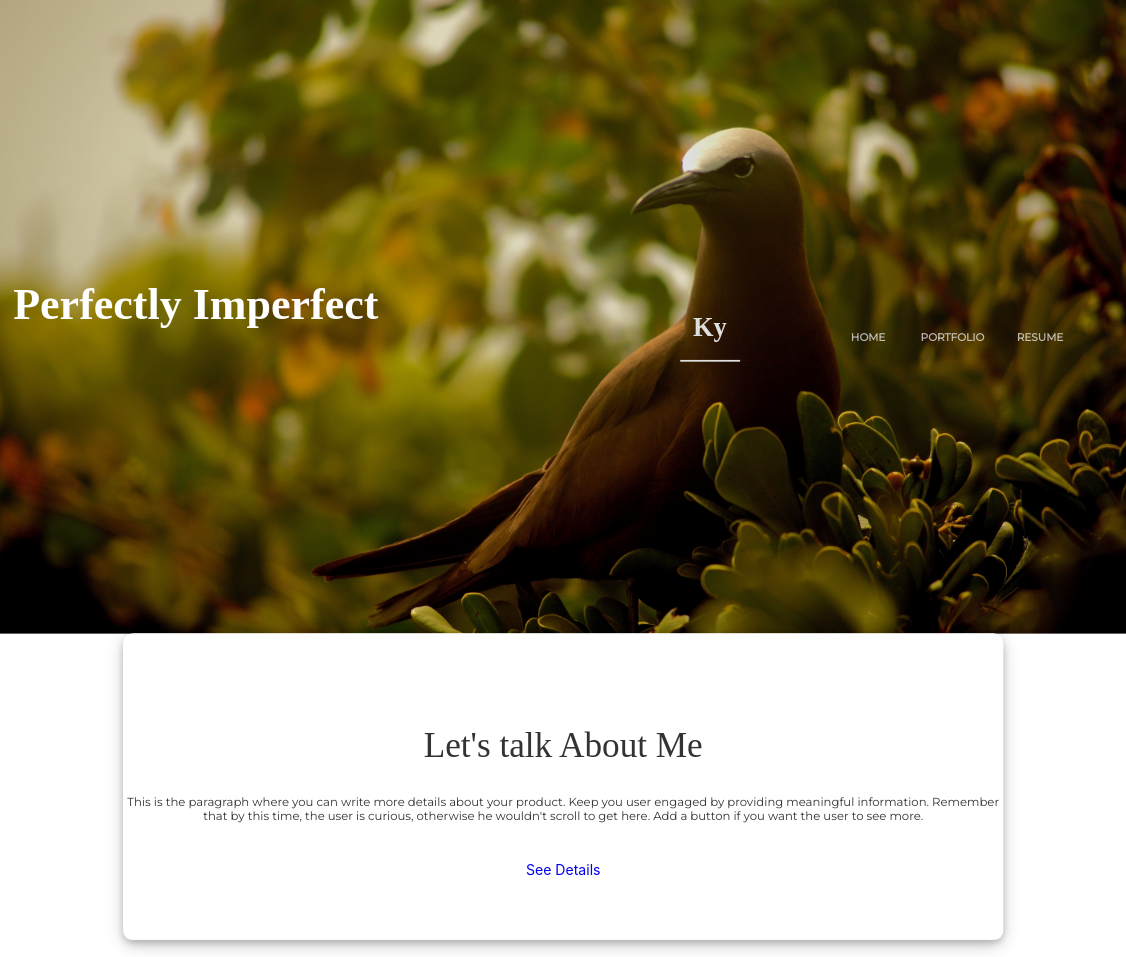
Repository: kkyler24/Perfectly-Imperfect
Page: / (app in imperfect/)
The author's editor kept a copy of each file at every save. The page is drawn from the files as they stood at one save, then again after the next save.
The browser window is 1280 px wide. The pictures show the whole page, at 88% of full size.
Backgrounds fixed to the window are drawn as part of the page. Some web fonts or font styles are not loaded; a fallback is used. The project was rebuilt for these pictures with package versions that can differ from the ones it lists, and the page was loaded fresh each time.

Above is the page before, as saved 2020-08-06 12:21:35.

### imperfect/public/index.html
<!DOCTYPE html>
<html lang="en">
  <head>
    <meta charset="utf-8" />
    <link rel="icon" href="%PUBLIC_URL%/favicon.ico" />
    <meta name="viewport" content="width=device-width, initial-scale=1" />
    <meta name="theme-color" content="#000000" />
    <meta
      name="description"
      content="Web site created using create-react-app"
    />
    <link rel="apple-touch-icon" href="%PUBLIC_URL%/logo192.png" />

    <link rel="manifest" href="%PUBLIC_URL%/manifest.json" />

    <link
      href="https://fonts.googleapis.com/css2?family=Montserrat&family=Petit+Formal+Script&display=swap"
      rel="stylesheet"
    />

    <title>React App</title>
  </head>
  <body>
    <noscript>You need to enable JavaScript to run this app.</noscript>
    <div id="root"></div>
  </body>
</html>

### imperfect/src/App.js
import React from "react";
import logo from "./logo.svg";
import "./App.css";
import Nav from "./Components/navbarComponent/navbar.js";
import PGHeader from "./Components/Headerindex/header.js";
import AboutMe from "./Components/aboutMeIndex/aboutme.js";

function App() {
  return (
    <div className="App">
      <PGHeader />
      {/* <Nav /> */}
      <AboutMe />
    </div>
  );
}

export default App;

### imperfect/src/App.css
body {
  color: #66615b;
  font-size: 16px;
  box-sizing: border-box;
  display: block;
}

### imperfect/src/Components/navbarComponent/navbar.js
import React from "react";
import "./navbar.css";

function NavBar() {
  return (
    <div>
      <nav
        color-on-scroll="300"
        class="fixed-bottom navbar-transparent navbar navbar-expand-lg"
      >
        <div class="container-fluid">
          <div class="navbar-translate">
            <a
              id="Kytitle"
              data-placement="bottom"
              target="_blank"
              title="Coded by Creative Tim"
              class="navbar-brand"
              href="#/index"
            >
              Ky
            </a>
            <button aria-expanded="false" class="navbar-toggler navbar-toggler">
              <span class="navbar-toggler-bar bar1"></span>
              <span class="navbar-toggler-bar bar2"></span>
              <span class="navbar-toggler-bar bar3"></span>
            </button>
          </div>
          <div class="justify-content-end collapse navbar-collapse">
            <ul class="navbar-nav">
              <li class="nav-item">
                <a
                  data-placement="bottom"
                  href="https://www.linkedIn"
                  target="_blank"
                  title="Let's connect on LinkedIn"
                  class="nav-link"
                >
                  {/* <i class="fa fa-linkedIn"></i> */}
                </a>
              </li>
              <li class="nav-item">
                <a
                  data-placement="bottom"
                  href="https://www.linkedIn"
                  target="_blank"
                  title="Let's connect on LinkedIn"
                  class="nav-link"
                >
                  {/* <i class="fa fa-linkedIn"></i> */}
                </a>
              </li>
              <li class="nav-item">
                <a
                  data-placement="bottom"
                  href="https://twitter.com/CreativeTim?ref=creativetim"
                  target="_blank"
                  title="Follow us on Twitter"
                  class="nav-link"
                >
                  {/* <i class="fa fa-twitter"></i> */}
                  <p class="d-lg-none"></p>
                </a>
                <li class="nav-item mr-2rem">
                  <a
                    data-placement="bottom"
                    href="https://www.github.com/CreativeTimOfficial?ref=creativetim"
                    target="_blank"
                    title="Star on GitHub"
                    class="nav-link"
                  >
                    {/* <i class="fa fa-github"></i> */}
                    <p class="d-lg-none"></p>
                  </a>
                </li>
              </li>
              <li class="nav-item">
                <a class="nav-link" href="#/index">
                  <i class="nc-icon nc-layout-11"></i> Home
                </a>
              </li>
              <li class="nav-item">
                <a class="nav-link" href="#/index">
                  <i class="nc-icon nc-layout-11"></i> Portfolio
                </a>
              </li>
              <li class="nav-item">
                <a target="_blank" class="nav-link" href="#/documentation">
                  <i class="nc-icon nc-book-bookmark"></i> Resume
                </a>
              </li>

              <li class="nav-item">
                <a
                  data-placement="bottom"
                  href="https://www.github.com/CreativeTimOfficial?ref=creativetim"
                  target="_blank"
                  title="Star on GitHub"
                  class="nav-link"
                >
                  {/* <i class="fa fa-github"></i> */}
                  <p class="d-lg-none"></p>
                </a>
              </li>
            </ul>
          </div>
        </div>
      </nav>
    </div>
  );
}
export default NavBar;

### imperfect/src/Components/Headerindex/header.js
import React from "react";
import "./Indexheader.css";
import Navbar from "../navbarComponent/navbar.js";

function PageHeader(props) {
  return (
    <div id="background" className="page-header" data-parallax="true">
      <div className="filter"></div>
      <div className="headerContainer">
        <div className="motto text-center">
          <h1 id="JumboHeaderTitle">Perfectly Imperfect</h1>
          <br />
        </div>
      </div>
      <Navbar />
    </div>
  );
}
export default PageHeader;

### imperfect/src/Components/aboutMeIndex/aboutme.js
import React from "react";
import "./aboutme.css";

function Aboutme() {
  return (
    <div className=" card aboutMain">
      <div className="sectionAB text-center">
        <div className="ABccontainer">
          <div class="row">
            <div class="ml-auto mr-auto col-md-8">
              <h2 class="titleAB">Let's talk About Me</h2>
              <h5 class="descriptionAB">
                This is the paragraph where you can write more details about
                your product. Keep you user engaged by providing meaningful
                information. Remember that by this time, the user is curious,
                otherwise he wouldn't scroll to get here. Add a button if you
                want the user to see more.
              </h5>
              <br />
              <a href="#pablo" class="btn-round btn btn-info">
                See Details
              </a>
            </div>
          </div>
        </div>
      </div>
    </div>
  );
}
export default Aboutme;

### imperfect/src/Components/navbarComponent/navbar.css
/* navbar */
#Kytitle {
  font-family: "Petit Formal Script", cursive;
  font-size: 30px;
  color: #fff;
  border-bottom: solid 2px rgb(255, 255, 255);
  text-transform: capitalize;
}

.navbar.navbar-transparent {
  background: transparent !important;
  padding-top: 25px;
  box-shadow: none;
}

.navbar.navbar-transparent .navbar-brand {
  color: rgb(20, 3, 3);
}

.navbar .navbar-brand {
  font-weight: 600;
  margin: 5px 0;
  padding: 20px 15px;
  font-size: 14px;
  text-transform: uppercase;
}

.navbar-nav {
  display: flex;
  flex-direction: column;
  padding-left: 0;
  margin-bottom: 0;
  list-style: none;
}
.navbar-brand {
  display: inline-block;
  padding-top: 0.3125rem;
  padding-bottom: 0.3125rem;
  margin-right: 1rem;
  font-size: 1.25rem;
  line-height: inherit;
  white-space: nowrap;
}

.navbar {
  border: 0;
  font-size: 14px;
  padding: 0;
  font-family: "Montserrat", "Helvetica", Arial, sans-serif;
  font-weight: 300;
  align-items: center;
  display: flex;
}
.navbar > .container-fluid {
  display: flex;
  flex-wrap: wrap;
  align-items: center;
  justify-content: space-between;
}

.nav-link {
  display: block;
}

.navbar-toggler {
  padding: 0.25rem 0.75rem;
  font-size: 1.25rem;
  line-height: 1;
  background-color: transparent;
  border: 1px solid transparent;
  border-radius: 0.25rem;
}
button {
  text-transform: none;
  overflow: visible;
  -webkit-font-smoothing: antialiased;
  font-family: "Montserrat", "Helvetica", Arial, sans-serif;
  font-weight: 300;
  margin: 0;
  text-rendering: auto;
  color: -internal-light-dark(buttontext, rgb(170, 170, 170));
  letter-spacing: normal;
  word-spacing: normal;
  text-indent: 0px;
  text-shadow: none;
  display: inline-block;
  text-align: center;
  align-items: flex-start;
  font: 400 13.3333px Arial;
}
.navbar .navbar-toggler .navbar-toggler-bar {
  display: block;
  position: relative;
  width: 24px;
  height: 2px;
  border-radius: 1px;
  margin: 0 auto;
}

.navbar.navbar-transparent .navbar-toggler .navbar-toggler-bar {
  background: #fff !important;
}

.navbar-transparent .navbar-nav .nav-item .nav-link:not(.btn) {
  color: #fff;
  border-color: #fff;
}

.navbar .navbar-toggler .navbar-toggler-bar + .navbar-toggler-bar {
  margin-top: 4px;
}

.navbar .navbar-nav .nav-item .nav-link {
  line-height: 1.6;
  margin: 15px 3px;
  padding: 10px 15px;
  opacity: 0.8;
  font-size: 12px;
  text-transform: uppercase;
  font-weight: 600;
}

.navbar .navbar-nav .nav-item .nav-link p {
  margin: 0;
  text-transform: uppercase;
  font-weight: 600;
  font-size: 12px;
  line-height: 1.5em;
  padding: 15px 0;
}

button:not(:disabled) {
  cursor: pointer;
}

.container-fluid {
  width: 100%;
  padding-right: 15px;
  padding-left: 15px;
  margin-right: 0%;
  margin-left: 5%;
}

.fixed-top {
  position: fixed;
  right: 0;
  left: 0;
  z-index: 1030;
  /* not needed for fixed bottom */
  top: 0;
}

a {
  text-decoration: none;
  background-color: transparent;
}

.collapse:not(.show) {
  display: none;
}

.justify-content-end,
ul {
  justify-content: flex-end !important;
}

.navbar-collapse {
  flex-basis: 100%;
  flex-grow: 1;
  align-items: center;
}

ul {
  margin-top: 0;
}

.navbar .navbar-nav .nav-item .nav-link [class^="fa"] {
  font-size: 17px;
  position: relative;
  right: 5px;
}
.fa {
  width: 18px;
  text-align: center;
}
.fa {
  display: inline-block;
  font: normal normal normal 14px/1 FontAwesome;
  text-rendering: auto;
  -webkit-font-smoothing: antialiased;
}

.nc-icon {
  display: inline-block;
  font: normal normal normal 14px/1 "nucleo-icons";
  font-size: inherit;
  text-transform: none;
  -webkit-font-smoothing: antialiased;
}

.nc-layout-11:before {
  content: "\ea36";
}

.nc-book-bookmark:before {
  content: "\ea0f";
}

.fa-github:before {
  content: "\f09b";
}

:before {
  box-sizing: border-box;
}

.navbar .navbar-collapse .nav-item .nav-link p {
  display: inline;
}

/* media Q navbar */
@media (min-width: 992px) {
  .navbar-expand-lg {
    flex-flow: row nowrap;
    justify-content: flex-start;
  }
  .navbar {
    justify-content: space-between;
  }
}
/* Li */
@media (min-width: 992px) {
  .navbar-expand-lg .navbar-nav {
    flex-direction: row;
  }
}
@media screen and (max-width: 991px) {
  .navbar-collapse ul {
    position: relative;
    z-index: 3;
    height: 95%;
  }
}

@media screen and (max-width: 991px) {
  .navbar-collapse .navbar-nav > .nav-item > .nav-link {
    color: #9a9a9a !important;
  }
}

@media screen and (max-width: 991px) {
  .navbar-collapse {
    position: fixed;
    display: block !important;
    top: 0;
    width: 230px;
    right: 0;
    z-index: 1032;
    visibility: visible;
    background-color: #999;
    overflow-y: visible;
    border-top: none;
    text-align: left;
    border-left: 1px solid #ccc5b9;
    padding-right: 0;
    padding-left: 40px;
    padding-top: 15px;
    transform: translateX(230px);
    transition: all 0.33s cubic-bezier(0.685, 0.0473, 0.346, 1);
  }
}

@media (max-width: 991.98px) {
  .navbar-expand-lg > .container-fluid {
    padding-right: 0;
    padding-left: 0;
  }
}

@media (min-width: 768px) {
  .container-fluid {
    max-width: 720px;
  }
}

@media (min-width: 992px) {
  .container-fluid {
    max-width: 100%;
  }
}

@media screen and (max-width: 991px) {
  .navbar-translate {
    width: 100%;
    position: relative;
    display: flex;
    justify-content: space-between !important;
    align-items: center;
    transform: translateX(0);
    transition: all 0.33s cubic-bezier(0.685, 0.0473, 0.346, 1);
  }
}

@media (min-width: 992px) {
  .navbar-expand-lg .navbar-toggler {
    display: none;
  }
}

@media screen and (max-width: 991px) {
  .navbar-collapse {
    height: 100% !important;
  }
}

@media (min-width: 992px) {
  .navbar-expand-lg .navbar-collapse {
    display: flex !important;
    flex-basis: auto;
  }
}
/*
@media (min-width: 576px) {
  .container-fluid {
    max-width: 540px;
  }
} */

@media (min-width: 992px) {
  .navbar-expand-lg > .container-fluid {
    flex-wrap: nowrap;
  }
}

### imperfect/src/Components/Headerindex/Indexheader.css
#background {
  background-image: url("../../Assets/imgs/brownnoodyGreatbirdisland.jpg");
  background-attachment: fixed;
  background-repeat: no-repeat;
  background-size: cover;
  height: 700px;
}

.page-header {
  background-position: 50%;
  background-size: cover;
  min-height: 100vh;
  max-height: 999px;
  overflow: hidden;
  position: relative;
  width: 100%;
  z-index: 1;
  display: flex;
  align-items: center;
  justify-content: center;
}

.page-header .filter:after {
  background-color: rgba(0, 0, 0, 0.125);
  content: "";
  display: block;
  height: 100%;
  left: 0;
  top: 0;
  position: absolute;
  width: 100%;
  z-index: 1;
}

.page-header .motto {
  z-index: 3;
  color: #fff;
  position: relative;
  width: max-content;
}

.headerContainer {
  font-family: "Petit Formal Script", cursive;
  display: inline-flex;
  width: 100%;
  /* font-weight: 200; */
  padding-right: 15px;
  padding-left: 15px;
  margin-right: auto;
  margin-left: auto;
  font-size: 50px;
  max-width: 700px !important;
}

.text-center {
  text-align: center !important;
}
div {
  display: block;
}

h1 {
  display: block;
  font-size: 2em;
  margin-block-start: 0.67em;
  margin-block-end: 0.67em;
  margin-inline-start: 0px;
  margin-inline-end: 0px;
  font-weight: bold;
}
@media (max-width: 450px) and (min-width: 280px) {
  #JumboHeaderTitle {
    width: 300px;
    margin: auto;
    font-size: 20px;
    text-align: center;
  }
  #background {
    width: 450px !important;
  }
}
/*
@media (max-width: 570px) and (min-width: 280px) {
  #JumboHeaderTitle {
    width: 400px;
    margin: auto;
    font-size: 20px;
    text-align: center;
  }
} */

/* media Q */
@media (min-width: 992px) {
  .headerContainer {
    max-width: 960px;
  }
}

@media (min-width: 768px) {
  .headerContainer {
    max-width: 720px;
  }
}

@media (min-width: 576px) {
  .headerContainer {
    max-width: 540px;
    font-size: 25px;
  }
}

@media (max-width: 576px) {
  .headerContainer {
    display: flex;
    flex-wrap: wrap;
    max-width: 540px !important;
    font-size: 20px;
    text-align: center;
  }
}

### imperfect/src/Components/aboutMeIndex/aboutme.css
.aboutMain .section:first-of-type {
  position: relative;
  z-index: 3;
  position: relative;
  background: #ffffff;
  margin: -60px 30px 0px;
  box-shadow: 0 16px 24px 2px rgba(0, 0, 0, 0.14),
    0 6px 30px 5px rgba(0, 0, 0, 0.12), 0 8px 10px -5px rgba(0, 0, 0, 0.2);
  border-radius: 6px;
  padding: 70px 0;
}

.card,
.aboutMain {
  width: 700px;
  border-radius: 12px;
  box-shadow: 0 4px 8px 0 rgba(0, 0, 0, 0.2), 0 6px 20px 0 rgba(0, 0, 0, 0.19);
  text-align: center;
  background-color: #fff;
  color: #333;
  margin-bottom: 20px;
  position: relative;
  z-index: 3;
  border: 0;
  transition: transform 0.3s cubic-bezier(0.34, 2, 0.6, 1), box-shadow 0.2s ease;
  display: flex;
  flex-direction: column;
  min-width: 0;
  background-clip: border-box;
  /* border: 1px solid rgba(0, 0, 0, 0.25); */
  /* border-radius: 20px; */
  margin-left: auto;
  margin-right: auto;
}

.sectionAB {
  padding: 70px 0;
  background-color: #fff;
  border-radius: 10px;
}

.text-center {
  text-align: center !important;
}

.titleAB {
  font-family: "Petit Formal Script", cursive;
  font-weight: lighter;
  font-size: 40px;
}

.descriptionAB {
  font-family: "Montserrat", sans-serif;
  font-weight: lighter;
}

.ABcontainer {
  width: 100%;
  margin-right: auto;
  margin-left: auto;
}

row {
  display: flex;
  flex-wrap: wrap;
  margin-right: -15px;
  margin-left: -15px;
}

@media (min-width: 768px) {
  .ABcontainer {
    max-width: 720px;
  }
}

@media (max-width: 992px) {
  .sectionAB {
    max-width: 700px;
  }
}

@media (min-width: 992px) {
  .sectionAB,
  .aboutMain {
    width: 1000px;
  }
}

Loaded but not shown: imperfect/src/index.js (common file); imperfect/src/index.css (common file); imperfect/src/serviceWorker.js (common file)

After the next save:
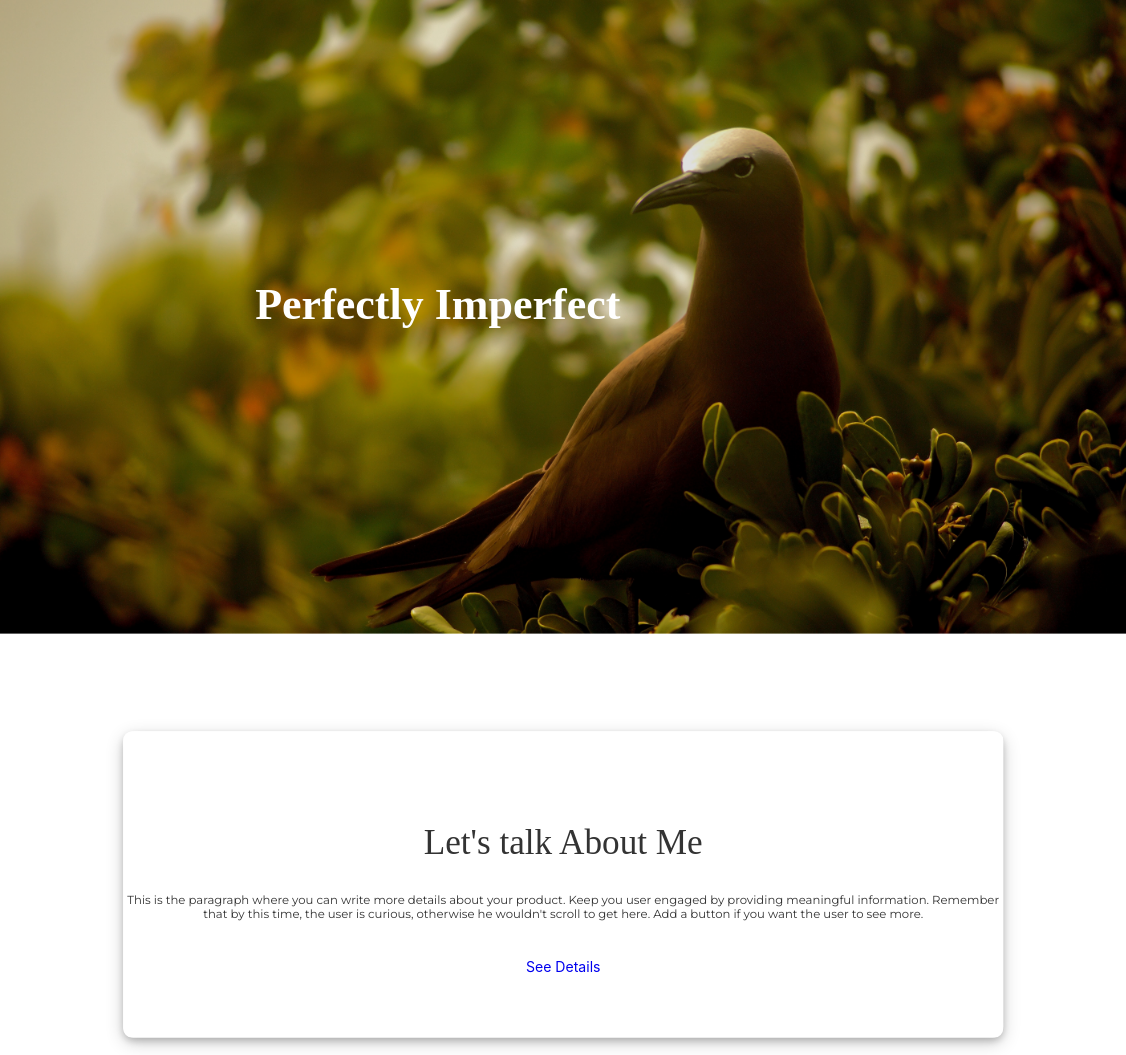
Saved 60 s later.
--- a/imperfect/src/Components/Headerindex/header.js
+++ b/imperfect/src/Components/Headerindex/header.js
@@ -4,12 +4,14 @@ import Navbar from "../navbarComponent/navbar.js";
 
 function PageHeader(props) {
   return (
-    <div id="background" className="page-header" data-parallax="true">
-      <div className="filter"></div>
-      <div className="headerContainer">
-        <div className="motto text-center">
-          <h1 id="JumboHeaderTitle">Perfectly Imperfect</h1>
-          <br />
+    <div>
+      <div id="background" className="page-header" data-parallax="true">
+        <div className="filter"></div>
+        <div className="headerContainer">
+          <div className="motto text-center">
+            <h1 id="JumboHeaderTitle">Perfectly Imperfect</h1>
+            <br />
+          </div>
         </div>
       </div>
       <Navbar />
